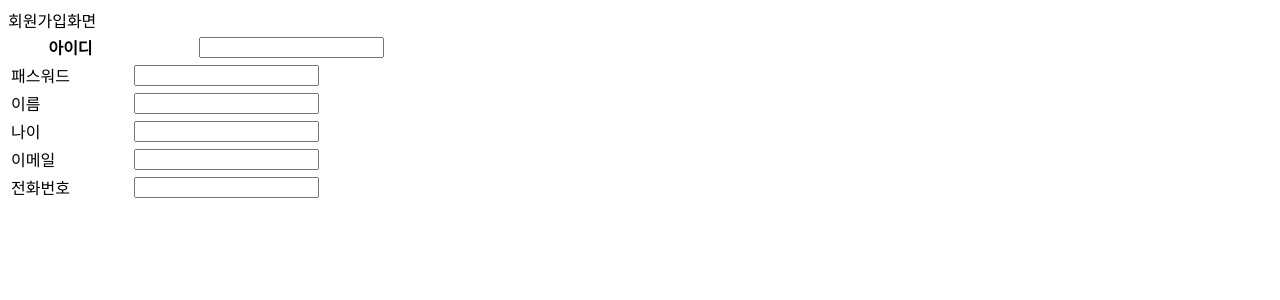
Repository: eastzi/workspace.edu
Page: MVC01/src/main/webapp/member/memberRegister.html
An editor plug-in stored every save of this project. The page is shown before and after the next save, followed by the edit.
The browser window is 1280 px wide. The pictures show the whole page.

Above is the page before, as saved 2022-10-13 02:34:35.

### MVC01/src/main/webapp/member/memberRegister.html
<!DOCTYPE html>
<html>
<head>
<meta charset="UTF-8">
<title>Insert title here</title>
</head>
<body>
회원가입화면
<table class="tg" style="table-layout: fixed; width: 437px">
<colgroup>
<col style="width: 121px">
<col style="width: 316px">
</colgroup>
<thead>
  <tr>
    <th class="tg-0lax">아이디</th>
    <!-- input의 name은 form 태그 속 파라메터 -> memberVO와 DB 속 컬럼명과 통일하기  -->
    <th class="tg-0lax"><input type="text" name="id"/></th>
  </tr>
</thead>
<tbody>
  <tr>
    <td class="tg-0lax">패스워드</td>
    <td class="tg-0lax"><input type="text" name="pass"/></td>
  </tr>
  <tr>
    <td class="tg-0lax">이름</td>
    <td class="tg-0lax"><input type="text" name="name"/></td>
  </tr>
  <tr>
    <td class="tg-0lax">나이</td>
    <td class="tg-0lax"><input type="text" name="age"/></td>
  </tr>
  <tr>
    <td class="tg-0lax">이메일</td>
    <td class="tg-0lax"><input type="text" name="email"/></td>
  </tr>
  <tr>
    <td class="tg-0lax">전화번호</td>
    <td class="tg-0lax"><input type="text" name="phone"/></td>
  </tr>
  <tr>
    <td class="tg-0lax" colspan="2"></td>
  </tr>
</tbody>
</table>
</body>
</html>

After the next save:
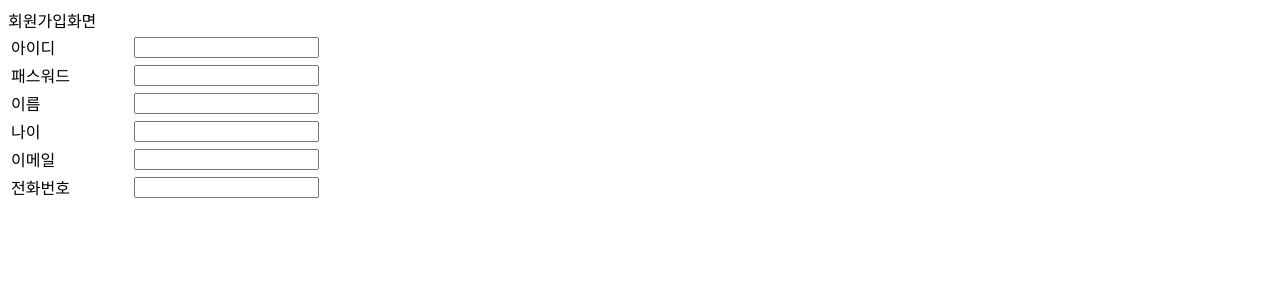
Saved 60 s later.
--- a/MVC01/src/main/webapp/member/memberRegister.html
+++ b/MVC01/src/main/webapp/member/memberRegister.html
@@ -11,14 +11,11 @@
 <col style="width: 121px">
 <col style="width: 316px">
 </colgroup>
-<thead>
   <tr>
-    <th class="tg-0lax">아이디</th>
+    <td class="tg-0lax">아이디</td>
     <!-- input의 name은 form 태그 속 파라메터 -> memberVO와 DB 속 컬럼명과 통일하기  -->
-    <th class="tg-0lax"><input type="text" name="id"/></th>
+    <td class="tg-0lax"><input type="text" name="id"/></td>
   </tr>
-</thead>
-<tbody>
   <tr>
     <td class="tg-0lax">패스워드</td>
     <td class="tg-0lax"><input type="text" name="pass"/></td>
@@ -42,7 +39,7 @@
   <tr>
     <td class="tg-0lax" colspan="2"></td>
   </tr>
-</tbody>
+
 </table>
 </body>
 </html>
